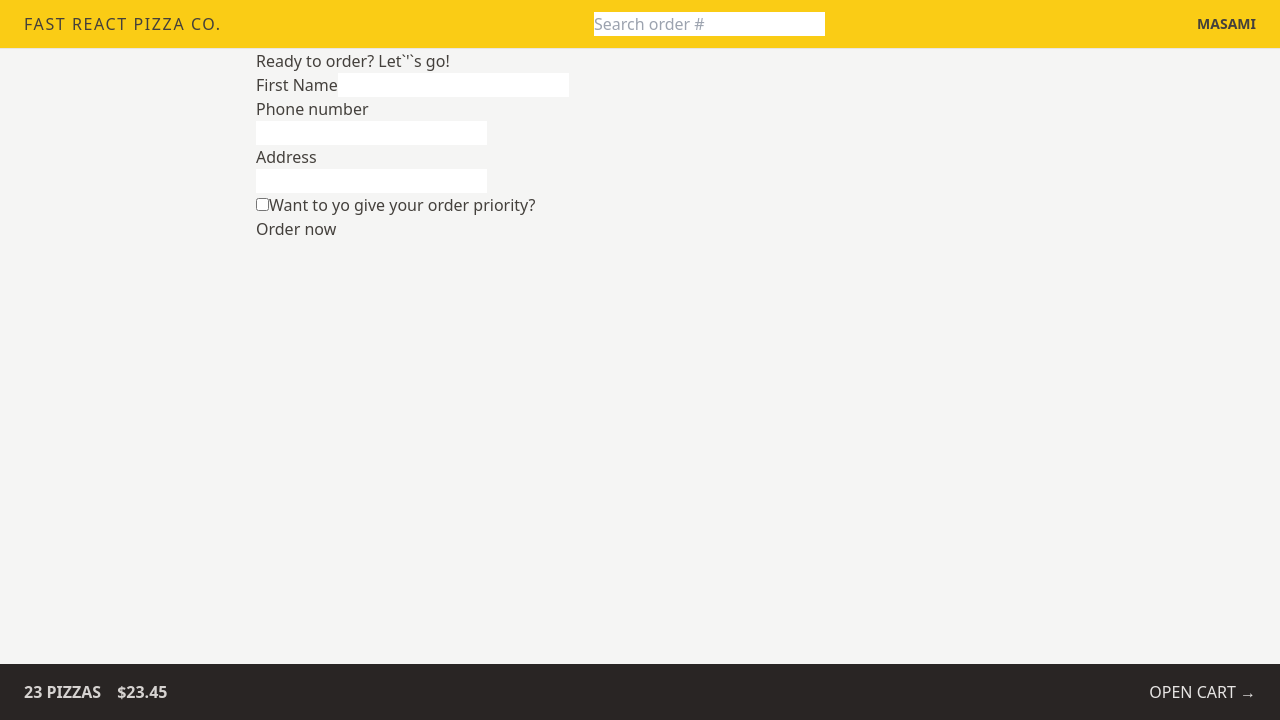
Repository: masamichan/pizza-vite
Page: /order/new
These files come from the project's save history. The page is drawn as it stood at one moment and after the next save; the edit follows.
The browser window is 1280 px wide. The pictures show the whole page.
The project was rebuilt for these pictures with package versions that can differ from the ones it lists, and the page was loaded fresh each time. Also part of the build but not shown: vite.config.js, src/ui/Home.jsx, src/utils/helpers.js, src/features/menu/MenuItem.jsx, src/features/menu/Menu.jsx, src/features/cart/Cart.jsx, src/features/order/Order.jsx, src/ui/Loader.jsx and 1 more. Imported but missing from the stored project, and not drawn on this page: src/features/user/CreateUser.

Above is the page before, as saved 2023-12-22 11:14:42.

After the next save:
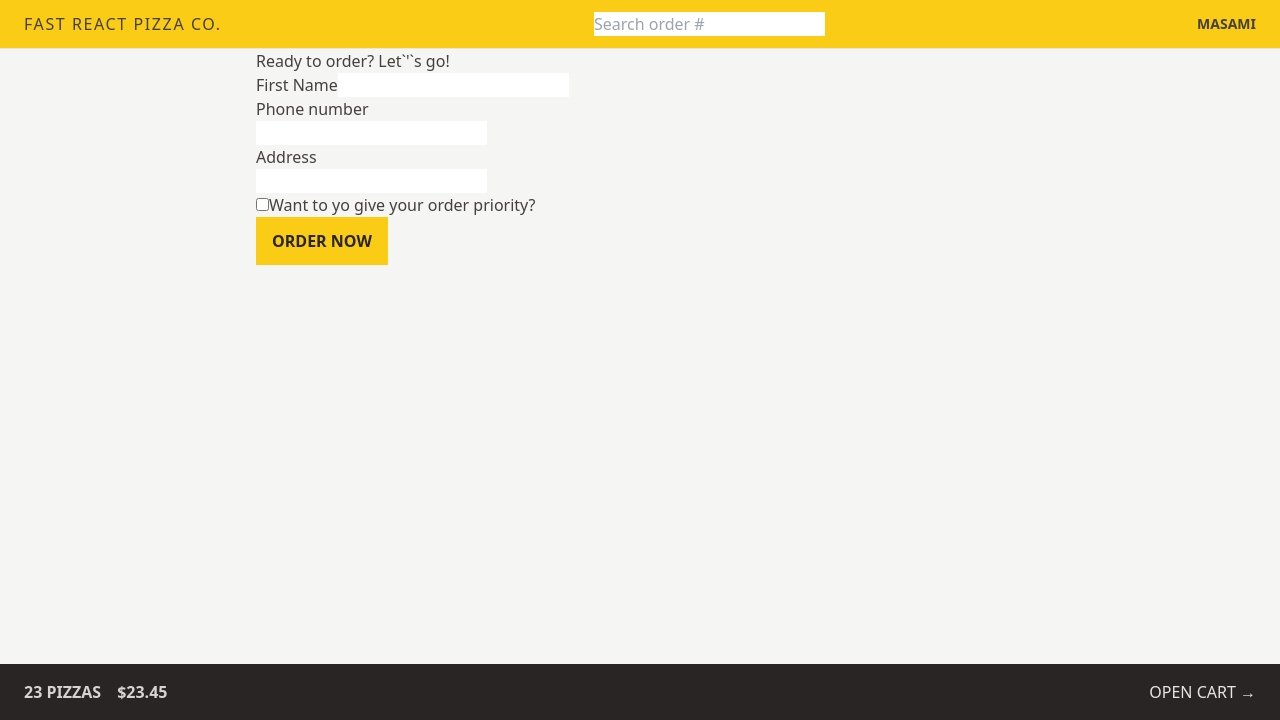
Saved 3 min 8 s later.
--- a/src/features/order/CreateOrder.jsx
+++ b/src/features/order/CreateOrder.jsx
@@ -1,31 +1,31 @@
-import { useState } from "react";
-import { Form, redirect, useActionData, useNavigation } from "react-router-dom";
-import { createOrder } from "../../services/apiRestaurant";
+import { useState } from 'react';
+import { Form, redirect, useActionData, useNavigation } from 'react-router-dom';
+import { createOrder } from '../../services/apiRestaurant';
 
 // https://uibakery.io/regex-library/phone-number
 const isValidPhone = (str) =>
   /^\+?\d{1,4}?[-.\s]?\(?\d{1,3}?\)?[-.\s]?\d{1,4}[-.\s]?\d{1,4}[-.\s]?\d{1,9}$/.test(
-    str
+    str,
   );
 
 const fakeCart = [
   {
     pizzaId: 12,
-    name: "Mediterranean",
+    name: 'Mediterranean',
     quantity: 2,
     unitPrice: 16,
     totalPrice: 32,
   },
   {
     pizzaId: 6,
-    name: "Vegetale",
+    name: 'Vegetale',
     quantity: 1,
     unitPrice: 13,
     totalPrice: 13,
   },
   {
     pizzaId: 11,
-    name: "Spinach and Mushroom",
+    name: 'Spinach and Mushroom',
     quantity: 1,
     unitPrice: 15,
     totalPrice: 15,
@@ -33,11 +33,10 @@ const fakeCart = [
 ];
 
 function CreateOrder() {
-  const navigation = useNavigation()
-  const isSubmitting = navigation.state === "submitting"
+  const navigation = useNavigation();
+  const isSubmitting = navigation.state === 'submitting';
 
-  const formErrors = useActionData()
-
+  const formErrors = useActionData();
 
   // const [withPriority, setWithPriority] = useState(false);
   const cart = fakeCart;
@@ -57,7 +56,7 @@ function CreateOrder() {
           <div>
             <input type="tel" name="phone" required />
           </div>
-          {formErrors ?.phone && <p>{formErrors.phone}</p>}
+          {formErrors?.phone && <p>{formErrors.phone}</p>}
         </div>
 
         <div>
@@ -80,8 +79,11 @@ function CreateOrder() {
 
         <div>
           <input type="hidden" name="cart" value={JSON.stringify(cart)} />
-          <button disabled={isSubmitting}>
-            {isSubmitting ? "Placing order..." : "Order now"}
+          <button
+            disabled={isSubmitting}
+            className="inline-block bg-yellow-400 px-4 py-3 font-semibold uppercase text-stone-800"
+          >
+            {isSubmitting ? 'Placing order...' : 'Order now'}
           </button>
         </div>
       </Form>
@@ -89,25 +91,26 @@ function CreateOrder() {
   );
 }
 
-export async function action({request}) {
-  const formData = await request.formData()
-  const data = Object.fromEntries(formData)
+export async function action({ request }) {
+  const formData = await request.formData();
+  const data = Object.fromEntries(formData);
 
   const order = {
     ...data,
     cart: JSON.parse(data.cart),
-    priority: data.priority === "on"
-  }
+    priority: data.priority === 'on',
+  };
 
-  const errors = {}
+  const errors = {};
   if (!isValidPhone(order.phone))
-    errors.phone = "Please give us your correct phone number. We might need it to contact you."
+    errors.phone =
+      'Please give us your correct phone number. We might need it to contact you.';
 
-  if (Object.keys(errors).length > 0) return errors
+  if (Object.keys(errors).length > 0) return errors;
 
-  const newOrder = await createOrder(order)
+  const newOrder = await createOrder(order);
 
-  return redirect(`/order/${newOrder.id}`)
+  return redirect(`/order/${newOrder.id}`);
 }
 
 export default CreateOrder;
